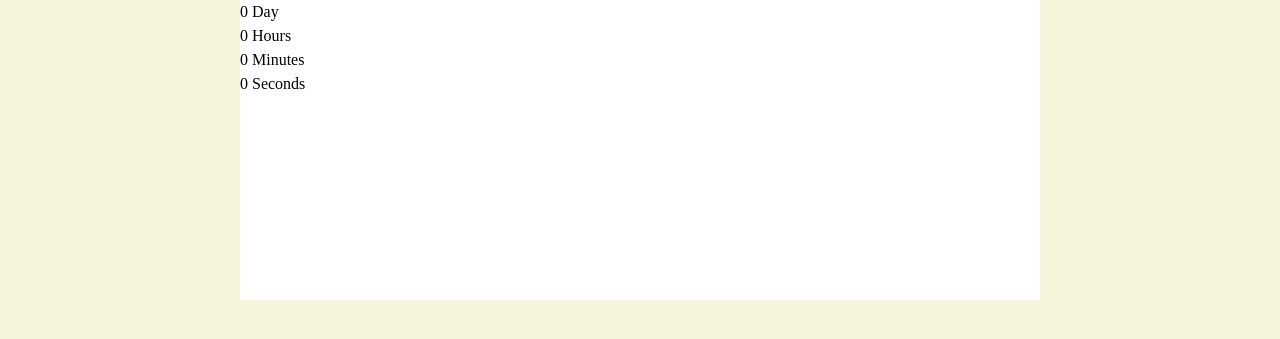
Repository: tienbkvn0605/counddown-demo
Page: index.html
The author's editor kept a copy of each file at every save. The page is drawn from the files as they stood at one save, then again after the next save.
The browser window is 1280 px wide. The pictures show the whole page.

Above is the page before, as saved 2022-10-04 23:21:53.

### index.html
<!DOCTYPE html>
<html lang="en">
  <head>
    <meta charset="UTF-8" />
    <meta http-equiv="X-UA-Compatible" content="IE=edge" />
    <meta name="viewport" content="width=device-width, initial-scale=1.0" />
    <link rel="stylesheet" href="resetcss.css" />
    <link rel="stylesheet" href="style.css" />
    <title>Document</title>
  </head>
  <body>
    <ul class="countdown">
      <li>
        <span class="number days">0</span>
        <span class="text">Day</span>
      </li>
      <li>
        <span class="number hours">0</span>
        <span class="text">Hours</span>
      </li>
      <li>
        <span class="number minutes">0</span>
        <span class="text">Minutes</span>
      </li>
      <li>
        <span class="number seconds">0</span>
        <span class="text">Seconds</span>
      </li>
    </ul>
  </body>
  <script src="app.js"></script>
</html>

### resetcss.css
*,
*::before,
*::after {
  box-sizing: border-box;
}
* {
  margin: 0;
  padding: 0;
  font: inherit;
}
body {
  line-height: 1.5;
}
img,
picture,
video,
canvas,
svg {
  display: block;
  max-width: 100%;
}
input,
button,
textarea,
select {
  outline: none;
}
p,
h1,
h2,
h3,
h4,
h5,
h6 {
  overflow-wrap: break-word;
}

### style.css
body {
  background-color: beige;
}
.countdown {
  width: 800px;
  height: 300px;
  margin: auto;
  background-color: white;
}
ul {
  list-style: none;
}

Loaded but not shown: app.js (no copy from this time; the picture is the same without it)

After the next save:
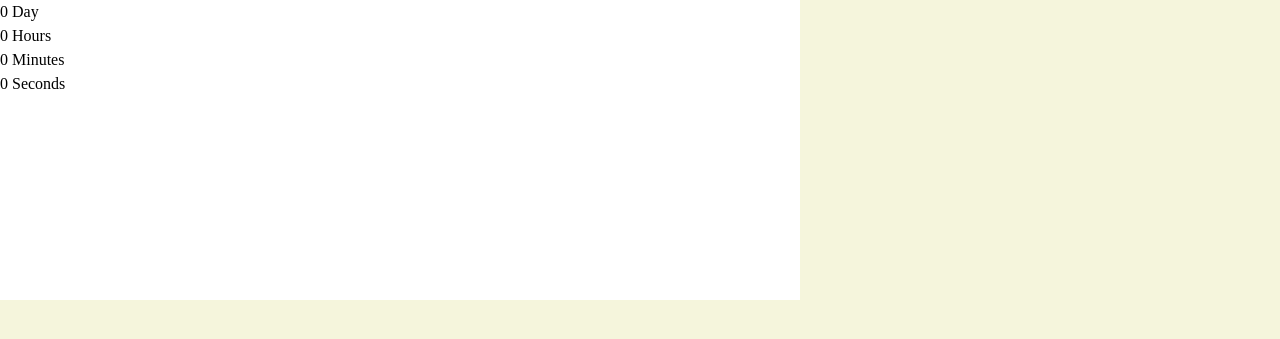
Saved 9 s later.
--- a/style.css
+++ b/style.css
@@ -4,7 +4,7 @@ body {
 .countdown {
   width: 800px;
   height: 300px;
-  margin: auto;
+  margin: top auto;
   background-color: white;
 }
 ul {
